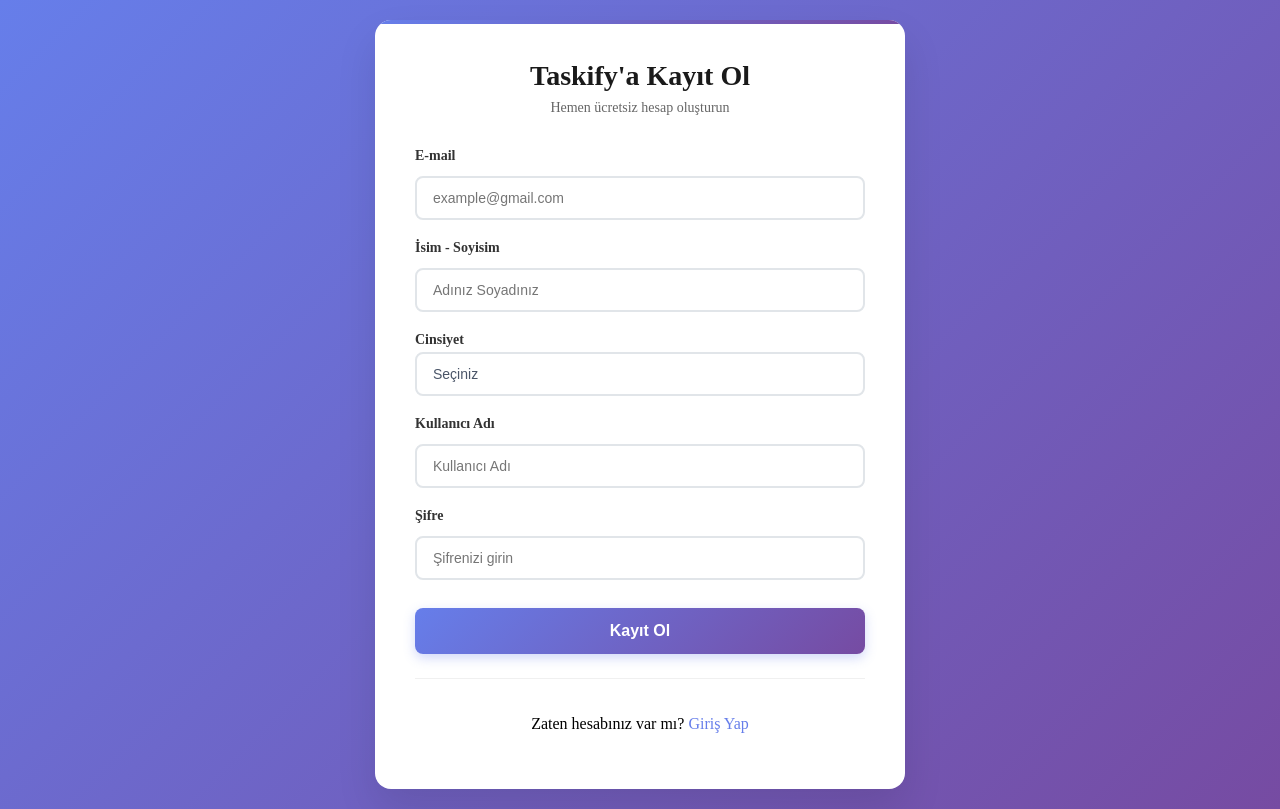
Repository: rumeyssaasya/TaskifyFrontendExample
Page: /auth/register
The author's editor kept a copy of each file at every save. The page is drawn from the files as they stood at one save, then again after the next save.
The browser window is 1280 px wide. The pictures show the whole page.
The project was rebuilt for these pictures with package versions that can differ from the ones it lists, and the page was loaded fresh each time. Also part of the build but not shown: vite.config.ts, src/pages/Login/login.tsx, src/component/Navbar/navbar.css, src/component/ProfileDropDownMenu/profileDropDownMenu.css, src/component/ProfileDropDownMenu/profileDropDownMenu.tsx, src/component/Navbar/navbar.tsx, src/component/ProjectList/projectList.css, src/component/ProjectList/projectList.tsx and 19 more.

Above is the page before, as saved 2025-08-07 01:21:06.

### index.html
<!doctype html>
<html lang="en">
  <head>
    <meta charset="UTF-8" />
    <link rel="icon" type="image/svg+xml" href="" />
    <meta name="viewport" content="width=device-width, initial-scale=1.0" />
    <title>Taskify</title>
  </head>
  <body>
    <div id="root"></div>
    <script type="module" src="/src/main.tsx"></script>
  </body>
</html>

### src/index.css
:root {
    margin: 0px;
    padding: 0px;
}

body {
    margin: 0px;
    padding: 0px;
}

### src/App.tsx
import './App.css'
import { BrowserRouter, Route, Routes } from 'react-router-dom';
import LoginForm from './pages/Login/login';
import RegisterForm from './pages/Register/register';
import Projects from './pages/Projects/projects';
import ProtectedRoute from './api/ProtectedRoute';
import Tasks from './pages/Tasks/tasks';
import Landing from './pages/Landing/landing';

function App() {
  return (
    <BrowserRouter>
      <Routes>
        <Route path="/" element={<Landing />} />
        <Route path="/auth/register" element={<RegisterForm />} />
         <Route path="/auth/login" element={<LoginForm/>} />
        <Route element={<ProtectedRoute />}>
          <Route path="/projects" element={<Projects />} />
          <Route path="/tasks" element={<Tasks />} />
        </Route>
      </Routes>
    </BrowserRouter>
  )
}

export default App

### src/App.css
#root {
  max-width: 100%;
  margin: 0px;
  padding: 0px;
  text-align: center;
}


@keyframes logo-spin {
  from {
    transform: rotate(0deg);
  }

  to {
    transform: rotate(360deg);
  }
}

### src/pages/Register/register.tsx
import React, { useState } from "react";
import api from "../../api/axios";
import { useNavigate } from "react-router-dom";
import "./register.css";

const RegisterForm = () => {
  const [email, setEmail] = useState("");
  const [fullName, setFullName] = useState("");
  const [gender, setGender] = useState("");
  const [username, setUsername] = useState("");
  const [password, setPassword] = useState("");
  const [error, setError] = useState<string | null>(null);
  const [isLoading, setIsLoading] = useState(false);
  const navigate = useNavigate();

  const genderOptions = [
  { label: "Kadın", value: "FEMALE" },
  { label: "Erkek", value: "MALE" },
  { label: "Diğer", value: "OTHER" }
  ];

  const handleSubmit = async (e: React.FormEvent<HTMLFormElement>) => {
    e.preventDefault();
    setIsLoading(true);
    setError(null);

    try {
      const response = await api.post("/auth/register", {
        email,
        fullName,
        gender,
        username,
        password,
      });

      const token = response.data.token;
      localStorage.setItem("token", token);
      navigate("/auth/login");
    } catch (err) {
      setError("Kayıt işlemi başarısız. Lütfen bilgileri kontrol edin.");
    } finally {
      setIsLoading(false);
    }
  };

  return (
    <div className="register-page">
      <div className="register-container">
        <div className="register-header">
          <h1 className="register-title">Taskify'a Kayıt Ol</h1>
          <p className="register-subtitle">Hemen ücretsiz hesap oluşturun</p>
        </div>

        <form onSubmit={handleSubmit} className="register-form">
          {error && <div className="error-message">{error}</div>}

          <div className="form-group">
            <label className="form-label">E-mail</label>
            <input
              type="email"
              className="form-input"
              placeholder="example@gmail.com"
              value={email}
              onChange={(e) => setEmail(e.target.value)}
              autoComplete="email"
              required
              disabled={isLoading}
            />
          </div>

          <div className="form-group">
            <label className="form-label">İsim - Soyisim</label>
            <input
              type="text"
              className="form-input"
              placeholder="Adınız Soyadınız"
              value={fullName}
              onChange={(e) => setFullName(e.target.value)}
              autoComplete="name"
              required
              disabled={isLoading}
            />
          </div>

          <div>
            <label className="form-label">Cinsiyet</label>
            <select
              className="form-select"
              value={gender} // Burada state değeri olmalı
              onChange={(e) => setGender(e.target.value)}
              required
              disabled={isLoading}
            >
              <option value="" disabled>Seçiniz</option>
              {genderOptions.map((opt) => (
                <option key={opt.value} value={opt.value}>{opt.label}</option>
              ))}
            </select>
          </div>

          <div className="form-group">
            <label className="form-label">Kullanıcı Adı</label>
            <input
              type="text"
              className="form-input"
              placeholder="Kullanıcı Adı"
              value={username}
              onChange={(e) => setUsername(e.target.value)}
              autoComplete="username"
              required
              disabled={isLoading}
            />
          </div>

          <div className="form-group">
            <label className="form-label">Şifre</label>
            <input
              type="password"
              className="form-input"
              placeholder="Şifrenizi girin"
              value={password}
              onChange={(e) => setPassword(e.target.value)}
              autoComplete="new-password"
              required
              disabled={isLoading}
            />
          </div>

          <button type="submit" className="register-btn" disabled={isLoading}>
            {isLoading && <span className="loading-spinner"></span>}
            {isLoading ? "Kayıt Oluşturuluyor..." : "Kayıt Ol"}
          </button>
        </form>

        <div className="register-footer">
          <p>
            Zaten hesabınız var mı?{" "}
            <a href="/auth/login" className="register-link" onClick={(e) => {
              e.preventDefault();
              navigate("/auth/login");
            }}>
              Giriş Yap
            </a>
          </p>
        </div>
      </div>
    </div>
  );
};

export default RegisterForm;

### src/api/axios.ts
import axios from 'axios';

// 1. Axios instance oluşturuyoruz, böylece tüm isteklerde aynı baseURL kullanılır
const api = axios.create({
  baseURL: 'http://localhost:8080/', // Backend adresin, kendi projenin URL'si
});

// 2. İstek gönderilmeden önce çalışacak interceptor ekliyoruz
api.interceptors.request.use(config => {
  // 3. localStorage'dan token'ı alıyoruz
  const token = localStorage.getItem('token');

  // 4. Eğer token varsa, istek header'ına ekliyoruz
  if (token!== null) {
    config.headers.Authorization = `Bearer ${token}`;
  }

  // 5. İsteği geri döndür, böylece axios devam edebilir
  return config;
}, error => {
  // 6. Hata varsa burada yakalayabiliriz
  console.error("Axios request error:", error);
  return Promise.reject(error);

});

export default api;

### src/pages/Login/login.css
/* Login Page Styles */
.login-page {
    min-height: 100vh;
    display: flex;
    align-items: center;
    justify-content: center;
    background: linear-gradient(135deg, #667eea 0%, #764ba2 100%);
    padding: 20px;
}

.login-container {
    background: white;
    border-radius: 16px;
    box-shadow: 0 20px 40px rgba(0, 0, 0, 0.1);
    padding: 40px;
    width: 100%;
    max-width: 400px;
    position: relative;
    overflow: hidden;
}

.login-container::before {
    content: '';
    position: absolute;
    top: 0;
    left: 0;
    right: 0;
    height: 4px;
    background: linear-gradient(90deg, #667eea, #764ba2);
}

.login-header {
    text-align: center;
    margin-bottom: 32px;
}

.login-title {
    font-size: 28px;
    font-weight: 700;
    color: #1a1a1a;
    margin: 0 0 8px 0;
}

.login-subtitle {
    color: #666;
    font-size: 14px;
    margin: 0;
}

.login-form {
    display: flex;
    flex-direction: column;
    gap: 20px;
}

.form-group {
    display: flex;
    flex-direction: column;
    gap: 8px;
}

.form-label {
    font-weight: 600;
    color: #333;
    font-size: 14px;
}

.form-input {
    padding: 14px 16px;
    border: 2px solid #e1e5e9;
    border-radius: 8px;
    font-size: 14px;
    transition: all 0.3s ease;
    background: white;
}

.form-input:focus {
    outline: none;
    border-color: #667eea;
    box-shadow: 0 0 0 3px rgba(102, 126, 234, 0.1);
}

.login-btn {
    padding: 14px 24px;
    background: linear-gradient(135deg, #667eea, #764ba2);
    color: white;
    border: none;
    border-radius: 8px;
    font-weight: 600;
    font-size: 16px;
    cursor: pointer;
    transition: all 0.3s ease;
    box-shadow: 0 4px 12px rgba(102, 126, 234, 0.3);
    margin-top: 8px;
}

.login-btn:hover {
    transform: translateY(-2px);
    box-shadow: 0 6px 16px rgba(102, 126, 234, 0.4);
}

.login-btn:active {
    transform: translateY(0);
}

.login-btn:disabled {
    background: #ccc;
    cursor: not-allowed;
    transform: none;
    box-shadow: none;
}

.login-footer {
    text-align: center;
    margin-top: 24px;
    padding-top: 20px;
    border-top: 1px solid #f0f0f0;
}

.login-link {
    color: #667eea;
    text-decoration: none;
    font-weight: 500;
    transition: color 0.3s ease;
}

.login-link:hover {
    color: #764ba2;
    text-decoration: underline;
}

.error-message {
    background: #ffebee;
    color: #c62828;
    padding: 12px 16px;
    border-radius: 8px;
    font-size: 14px;
    border: 1px solid #ffcdd2;
    margin-bottom: 16px;
}

.success-message {
    background: #e8f5e8;
    color: #2e7d32;
    padding: 12px 16px;
    border-radius: 8px;
    font-size: 14px;
    border: 1px solid #c8e6c9;
    margin-bottom: 16px;
}

.loading-spinner {
    display: inline-block;
    width: 16px;
    height: 16px;
    border: 2px solid rgba(255, 255, 255, 0.3);
    border-radius: 50%;
    border-top-color: white;
    animation: spin 1s ease-in-out infinite;
    margin-right: 8px;
}

@keyframes spin {
    to {
        transform: rotate(360deg);
    }
}

.password-toggle {
    position: relative;
}

.password-toggle-btn {
    position: absolute;
    right: 12px;
    top: 50%;
    transform: translateY(-50%);
    background: none;
    border: none;
    cursor: pointer;
    color: #666;
    font-size: 16px;
    padding: 4px;
}

.password-toggle-btn:hover {
    color: #333;
}

/* Responsive Design */
@media (max-width: 480px) {
    .login-container {
        padding: 24px;
        margin: 10px;
    }

    .login-title {
        font-size: 24px;
    }

    .form-input {
        padding: 12px 14px;
    }

    .login-btn {
        padding: 12px 20px;
        font-size: 14px;
    }
}

### src/pages/Register/register.css
/* Register Page Styles */
.register-page {
    min-height: 100vh;
    display: flex;
    align-items: center;
    justify-content: center;
    background: linear-gradient(135deg, #667eea 0%, #764ba2 100%);
    padding: 20px;
}

.register-container {
    background: white;
    border-radius: 16px;
    box-shadow: 0 20px 40px rgba(0, 0, 0, 0.1);
    padding: 40px;
    width: 100%;
    max-width: 450px;
    position: relative;
    overflow: hidden;
}

.register-container::before {
    content: '';
    position: absolute;
    top: 0;
    left: 0;
    right: 0;
    height: 4px;
    background: linear-gradient(90deg, #667eea, #764ba2);
}

.register-header {
    text-align: center;
    margin-bottom: 32px;
}

.register-title {
    font-size: 28px;
    font-weight: 700;
    color: #1a1a1a;
    margin: 0 0 8px 0;
}

.register-subtitle {
    color: #666;
    font-size: 14px;
    margin: 0;
}

.register-form {
    display: flex;
    flex-direction: column;
    gap: 20px;
}

.form-group {
    display: flex;
    flex-direction: column;
    gap: 4px;
}

.form-label {
    text-align: left;
    font-weight: 600;
    color: #333;
    font-size: 14px;
}

.form-label {
    display: block;
    margin-bottom: 4px;
    font-weight: 600;
    color: #2d3748;
    font-size: 14px;
}

.form-select {
    display: block;
    width: 100%;
    padding: 12px 16px;
    font-size: 14px;
    color: #4a5568;
    background-color: #fff;
    border: 1px solid #e2e8f0;
    border-radius: 6px;
    transition: all 0.2s ease;
    appearance: none;
    background-image: url("data:[embedded picture, 258 characters]");
    background-repeat: no-repeat;
    background-position: right 12px center;
    background-size: 1em;
}

.form-select:focus {
    border-color: #3182ce;
    outline: none;
    box-shadow: 0 0 0 3px rgba(49, 130, 206, 0.2);
}

.form-select:disabled {
    background-color: #edf2f7;
    color: #a0aec0;
    cursor: not-allowed;
}

.form-input {
    padding: 14px 16px;
    border: 2px solid #e1e5e9;
    border-radius: 8px;
    font-size: 14px;
    transition: all 0.3s ease;
    background: white;
}

.form-input:focus {
    outline: none;
    border-color: #667eea;
    box-shadow: 0 0 0 3px rgba(102, 126, 234, 0.1);
}

.form-row {
    display: flex;
    gap: 16px;
}

.form-row .form-group {
    flex: 1;
}

.register-btn {
    padding: 14px 24px;
    background: linear-gradient(135deg, #667eea, #764ba2);
    color: white;
    border: none;
    border-radius: 8px;
    font-weight: 600;
    font-size: 16px;
    cursor: pointer;
    transition: all 0.3s ease;
    box-shadow: 0 4px 12px rgba(102, 126, 234, 0.3);
    margin-top: 8px;
}

.register-btn:hover {
    transform: translateY(-2px);
    box-shadow: 0 6px 16px rgba(102, 126, 234, 0.4);
}

.register-btn:active {
    transform: translateY(0);
}

.register-btn:disabled {
    background: #ccc;
    cursor: not-allowed;
    transform: none;
    box-shadow: none;
}

.register-footer {
    text-align: center;
    margin-top: 24px;
    padding-top: 20px;
    border-top: 1px solid #f0f0f0;
}

.register-link {
    color: #667eea;
    text-decoration: none;
    font-weight: 500;
    transition: color 0.3s ease;
}

.register-link:hover {
    color: #764ba2;
    text-decoration: underline;
}

.error-message {
    background: #ffebee;
    color: #c62828;
    padding: 12px 16px;
    border-radius: 8px;
    font-size: 14px;
    border: 1px solid #ffcdd2;
    margin-bottom: 16px;
}

.success-message {
    background: #e8f5e8;
    color: #2e7d32;
    padding: 12px 16px;
    border-radius: 8px;
    font-size: 14px;
    border: 1px solid #c8e6c9;
    margin-bottom: 16px;
}

.loading-spinner {
    display: inline-block;
    width: 16px;
    height: 16px;
    border: 2px solid rgba(255, 255, 255, 0.3);
    border-radius: 50%;
    border-top-color: white;
    animation: spin 1s ease-in-out infinite;
    margin-right: 8px;
}

@keyframes spin {
    to {
        transform: rotate(360deg);
    }
}

.password-toggle {
    position: relative;
}

.password-toggle-btn {
    position: absolute;
    right: 12px;
    top: 50%;
    transform: translateY(-50%);
    background: none;
    border: none;
    cursor: pointer;
    color: #666;
    font-size: 16px;
    padding: 4px;
}

.password-toggle-btn:hover {
    color: #333;
}

.password-strength {
    margin-top: 4px;
    font-size: 12px;
}

.password-strength.weak {
    color: #f44336;
}

.password-strength.medium {
    color: #ff9800;
}

.password-strength.strong {
    color: #4caf50;
}

.terms-checkbox {
    display: flex;
    align-items: flex-start;
    gap: 12px;
    margin-top: 8px;
}

.terms-checkbox input[type="checkbox"] {
    margin-top: 2px;
    accent-color: #667eea;
}

.terms-text {
    font-size: 14px;
    color: #666;
    line-height: 1.5;
}

.terms-link {
    color: #667eea;
    text-decoration: none;
    font-weight: 500;
}

.terms-link:hover {
    text-decoration: underline;
}

/* Responsive Design */
@media (max-width: 480px) {
    .register-container {
        padding: 24px;
        margin: 10px;
    }

    .register-title {
        font-size: 24px;
    }

    .form-input {
        padding: 12px 14px;
    }

    .register-btn {
        padding: 12px 20px;
        font-size: 14px;
    }

    .form-row {
        flex-direction: column;
        gap: 20px;
    }
}

### src/component/CreateProject/createProject.css
/* CreateProject Component Styles */
.create-project-container {
    background: white;
    padding: 20px;
    border-radius: 12px;
    box-shadow: 0 2px 12px rgba(0, 0, 0, 0.08);
    margin-top: 20px;
    border: 2px solid #e3f2fd;
}

.create-project-title {
    font-size: 18px;
    font-weight: 600;
    color: #333;
    margin-bottom: 16px;
    display: flex;
    align-items: center;
    gap: 8px;
}

.create-project-title::before {
    content: '+';
    background: #1976d2;
    color: white;
    width: 24px;
    height: 24px;
    border-radius: 50%;
    display: flex;
    align-items: center;
    justify-content: center;
    font-weight: bold;
    font-size: 16px;
}

.create-project-form {
    display: flex;
    flex-direction: column;
    gap: 16px;
}

.form-group {
    display: flex;
    flex-direction: column;
    gap: 8px;
}

.form-label {
    font-weight: 600;
    color: #333;
    font-size: 14px;
}

.form-input {
    padding: 12px 16px;
    border: 2px solid #e1e5e9;
    border-radius: 8px;
    font-size: 14px;
    transition: all 0.3s ease;
    background: white;
}

.form-input:focus {
    outline: none;
    border-color: #1976d2;
    box-shadow: 0 0 0 3px rgba(25, 118, 210, 0.1);
}

.form-textarea {
    padding: 12px 16px;
    border: 2px solid #e1e5e9;
    border-radius: 8px;
    font-size: 14px;
    transition: all 0.3s ease;
    background: white;
    resize: vertical;
    min-height: 80px;
    font-family: inherit;
}

.form-textarea:focus {
    outline: none;
    border-color: #1976d2;
    box-shadow: 0 0 0 3px rgba(25, 118, 210, 0.1);
}

.form-select {
    padding: 12px 16px;
    border: 2px solid #e1e5e9;
    border-radius: 8px;
    font-size: 14px;
    transition: all 0.3s ease;
    background: white;
    cursor: pointer;
}

.form-select:focus {
    outline: none;
    border-color: #1976d2;
    box-shadow: 0 0 0 3px rgba(25, 118, 210, 0.1);
}

.date-input {
    padding: 12px 16px;
    border: 2px solid #e1e5e9;
    border-radius: 8px;
    font-size: 14px;
    transition: all 0.3s ease;
    background: white;
    cursor: pointer;
}

.date-input:focus {
    outline: none;
    border-color: #1976d2;
    box-shadow: 0 0 0 3px rgba(25, 118, 210, 0.1);
}

.checkbox-group {
    display: flex;
    align-items: center;
    gap: 8px;
    cursor: pointer;
}

.checkbox-input {
    width: 18px;
    height: 18px;
    accent-color: #1976d2;
    cursor: pointer;
}

.checkbox-label {
    font-size: 14px;
    color: #555;
    cursor: pointer;
}

.create-project-btn {
    padding: 12px 24px;
    background: linear-gradient(135deg, #1976d2, #1565c0);
    color: white;
    border: none;
    border-radius: 8px;
    font-weight: 600;
    font-size: 14px;
    cursor: pointer;
    transition: all 0.3s ease;
    box-shadow: 0 4px 12px rgba(25, 118, 210, 0.3);
    align-self: flex-start;
}

.create-project-btn:hover {
    transform: translateY(-2px);
    box-shadow: 0 6px 16px rgba(25, 118, 210, 0.4);
}

.create-project-btn:active {
    transform: translateY(0);
}

.create-project-btn:disabled {
    background: #ccc;
    cursor: not-allowed;
    transform: none;
    box-shadow: none;
}

.form-row {
    display: flex;
    gap: 16px;
}

.form-row .form-group {
    flex: 1;
}

.error-message {
    color: #dc3545;
    font-size: 12px;
    margin-top: 4px;
}

.success-message {
    color: #28a745;
    font-size: 12px;
    margin-top: 4px;
}

### src/component/CreateTask/createTask.css
/* CreateTask Component Styles */
.create-task-form {
    display: flex;
    flex-direction: column;
    gap: 16px;
    max-width: 500px;
}

.form-group {
    display: flex;
    flex-direction: column;
    gap: 8px;
}

.form-label {
    font-weight: 600;
    color: #333;
    font-size: 14px;
}

.form-input {
    padding: 12px 16px;
    border: 2px solid #e1e5e9;
    border-radius: 8px;
    font-size: 14px;
    transition: all 0.3s ease;
    background: white;
}

.form-input:focus {
    outline: none;
    border-color: #1976d2;
    box-shadow: 0 0 0 3px rgba(25, 118, 210, 0.1);
}

.form-textarea {
    padding: 12px 16px;
    border: 2px solid #e1e5e9;
    border-radius: 8px;
    font-size: 14px;
    transition: all 0.3s ease;
    background: white;
    resize: vertical;
    min-height: 100px;
    font-family: inherit;
}

.form-textarea:focus {
    outline: none;
    border-color: #1976d2;
    box-shadow: 0 0 0 3px rgba(25, 118, 210, 0.1);
}

.form-select {
    padding: 12px 16px;
    border: 2px solid #e1e5e9;
    border-radius: 8px;
    font-size: 14px;
    transition: all 0.3s ease;
    background: white;
    cursor: pointer;
}

.form-select:focus {
    outline: none;
    border-color: #1976d2;
    box-shadow: 0 0 0 3px rgba(25, 118, 210, 0.1);
}

.submit-btn {
    padding: 12px 24px;
    background: linear-gradient(135deg, #1976d2, #1565c0);
    color: white;
    border: none;
    border-radius: 8px;
    font-weight: 600;
    font-size: 14px;
    cursor: pointer;
    transition: all 0.3s ease;
    box-shadow: 0 4px 12px rgba(25, 118, 210, 0.3);
    align-self: flex-start;
}

.submit-btn:hover {
    transform: translateY(-2px);
    box-shadow: 0 6px 16px rgba(25, 118, 210, 0.4);
}

.submit-btn:active {
    transform: translateY(0);
}

.submit-btn:disabled {
    background: #ccc;
    cursor: not-allowed;
    transform: none;
    box-shadow: none;
}

.form-row {
    display: flex;
    gap: 16px;
}

.form-row .form-group {
    flex: 1;
}

.error-message {
    color: #dc3545;
    font-size: 12px;
    margin-top: 4px;
}

.success-message {
    color: #28a745;
    font-size: 12px;
    margin-top: 4px;
}

Loaded but not shown: src/main.tsx (common file)

After the next save:
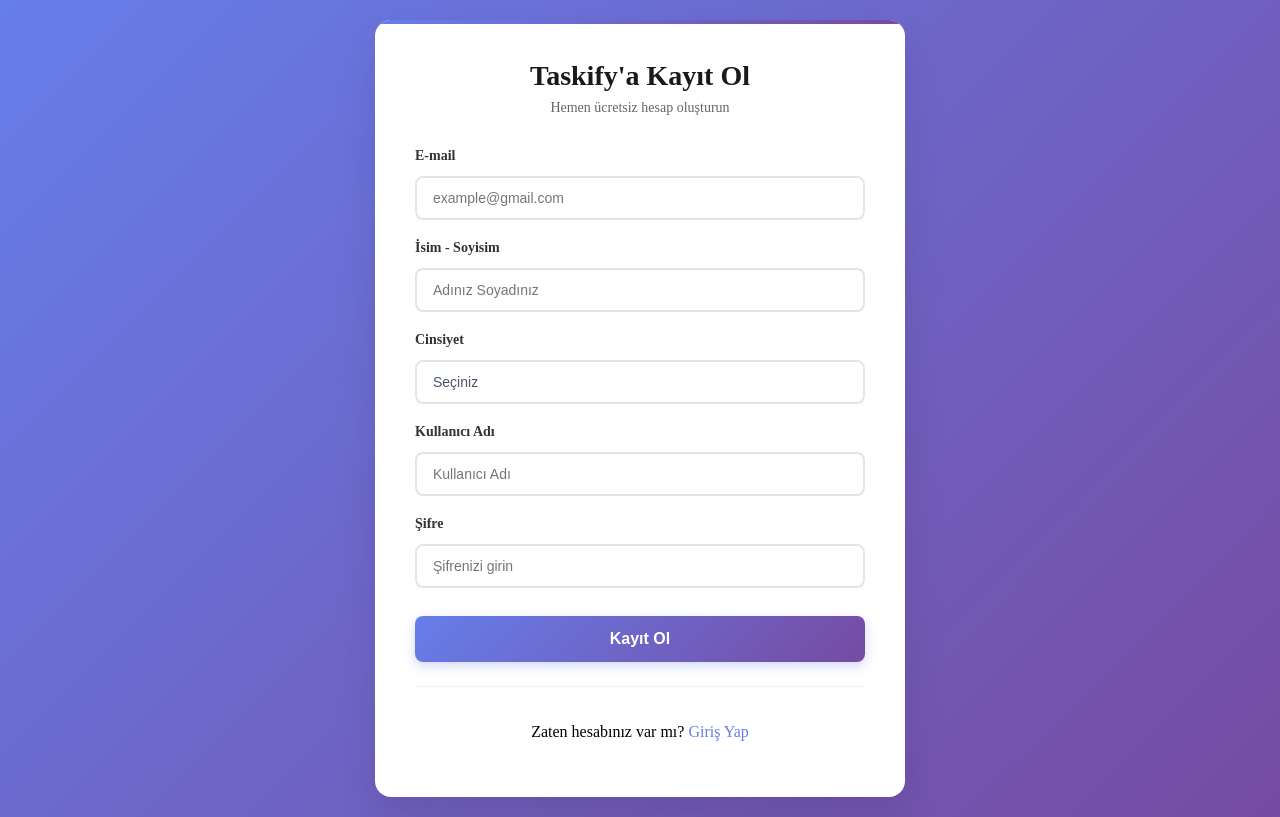
Saved 68 s later.
--- a/src/pages/Register/register.tsx
+++ b/src/pages/Register/register.tsx
@@ -82,7 +82,7 @@
             />
           </div>
 
-          <div>
+          <div className="form-group">
             <label className="form-label">Cinsiyet</label>
             <select
               className="form-select"
